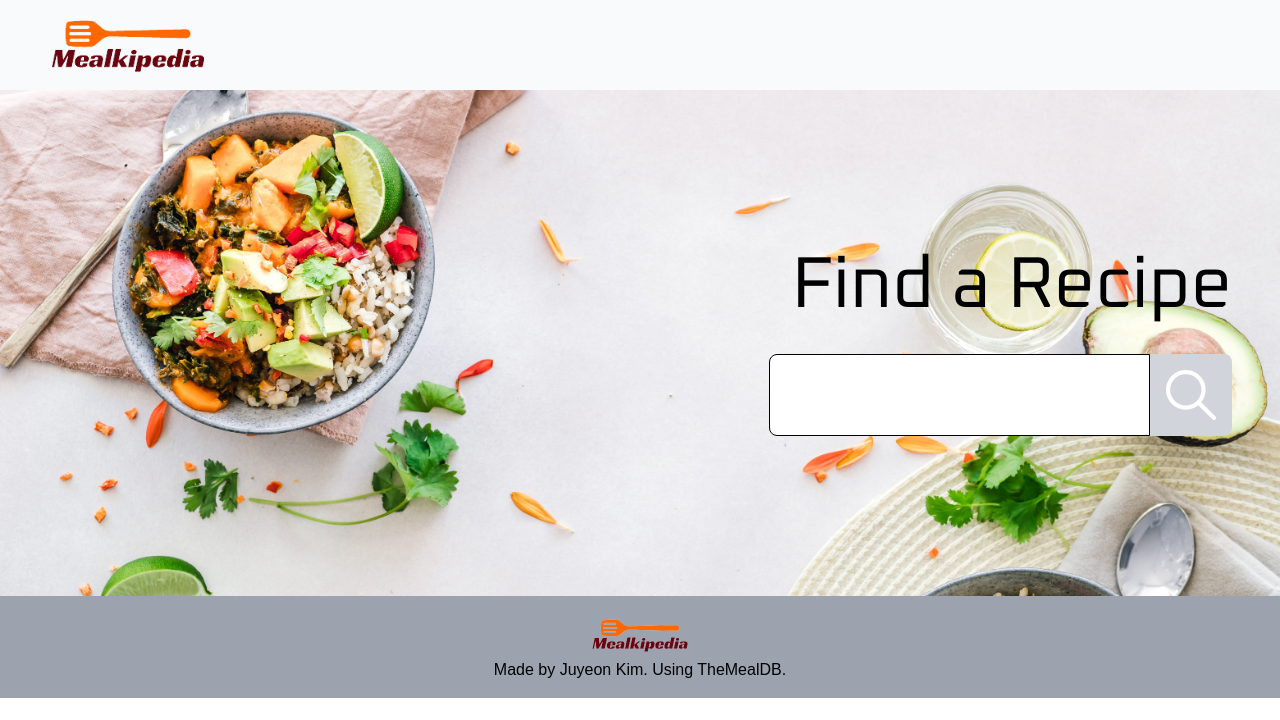
Repository: Jay-JYKim91/grj_mealkipedia
Page: /
An editor plug-in stored every save of this project. The page is shown before and after the next save, followed by the edit.
The browser window is 1280 px wide. The pictures show the whole page.
Some web fonts or font styles are not loaded; a fallback is used. The project was rebuilt for these pictures with package versions that can differ from the ones it lists, and the page was loaded fresh each time. Also part of the build but not shown: src/pages/recipe/recipe.tsx, src/pages/search/search.tsx.

Above is the page before, as saved 2022-06-21 15:44:43.

After the next save:
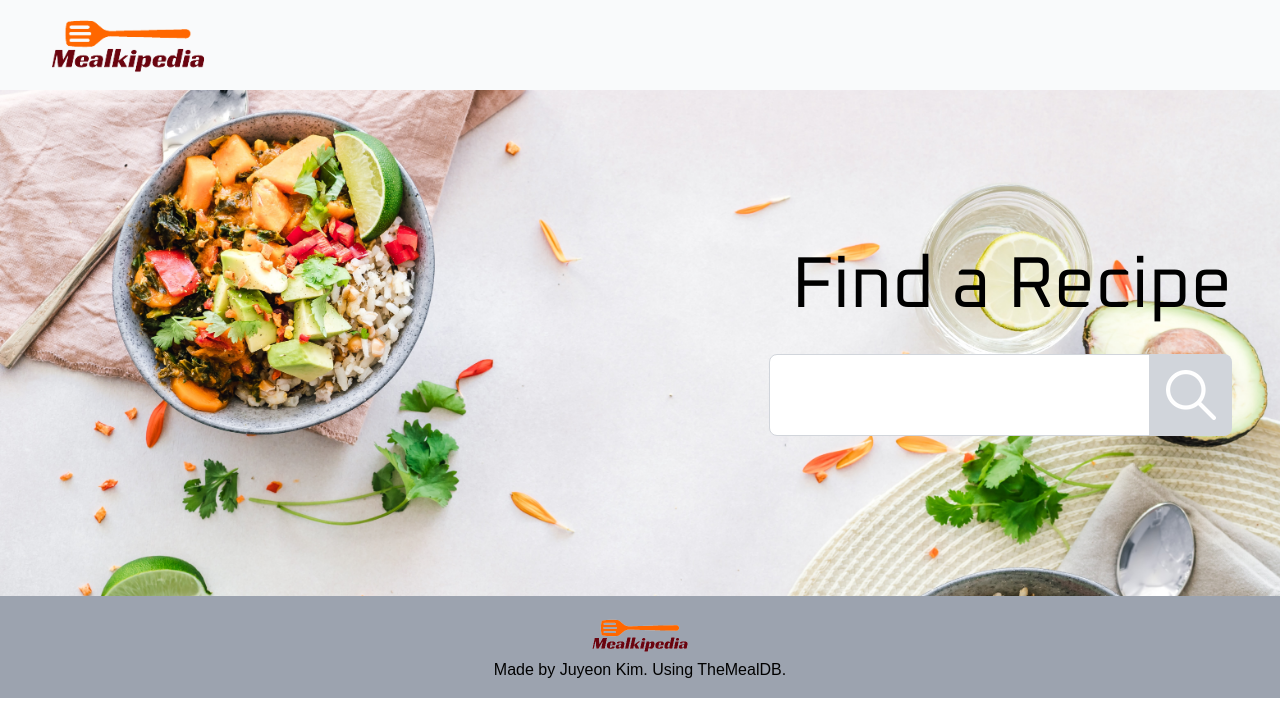
Saved 12 s later.
--- a/src/pages/home/home.tsx
+++ b/src/pages/home/home.tsx
@@ -6,7 +6,7 @@ const Home: React.FC = () => {
         <section className="px-12 py-40 bg-cover bg-[url('images/main_background.jpg')] text-right">
             <h1 className="font-body1_font text-7xl mb-8">Find a Recipe</h1>
             <div className="flex justify-end">
-                <input type="search" className="p-4 text-3xl font-body1_font rounded-l-lg border border-black" />
+                <input type="search" className="p-4 text-3xl font-body1_font rounded-l-lg border border-gray-300" />
                 <button className="p-4 bg-gray-300 rounded-r-lg">
                     <img src="./search.png" alt="search" />
                 </button>
